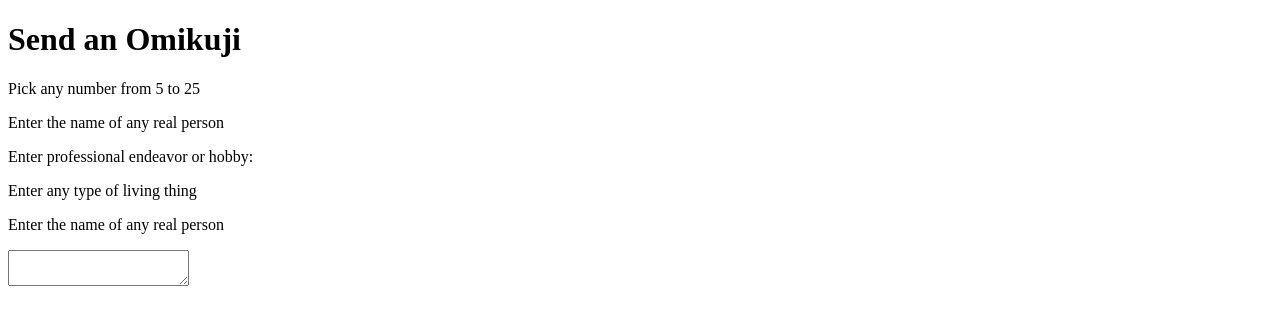
Repository: ShathaMorales/Java-Stack
Page: http://localhost/OmikujiForm/WEB-INF/index.jsp
The author's editor kept a copy of each file at every save. The page is drawn from the files as they stood at one save, then again after the next save.
The browser window is 1280 px wide. The pictures show the whole page.
The page is served by Tomcat 9. Nobody is signed in. Other server files are loaded and not shown. The template is opened directly, without the code that normally fills it, so the values that code supplies are empty.

Above is the page before, as saved 2023-05-06 08:35:13.

### _java/JavaSpring/OmikujiForm/OmikujiForm/src/main/webapp/WEB-INF/index.jsp
<%@ page language="java" contentType="text/html; charset=UTF-8"
    pageEncoding="UTF-8"%>
<%@ taglib prefix = "c" uri = "http://java.sun.com/jsp/jstl/core" %>
<%@ taglib prefix="form" uri="http://www.springframework.org/tags/form"%>
<!DOCTYPE html>
<html>
<head>
<meta charset="UTF-8">
<title>Omikuji Form</title>
</head>
<body>
	<h1>Send an Omikuji</h1>
	<form>
		<p>Pick any number from 5 to 25</p>
		<label type="number" name="number"></label>

		<p>Enter the name of any real person</p>
		<label type="text" name="name"></label>

		<p>Enter professional endeavor or hobby:</p>
		<label type="text" name="hobby"></label>

		<p>Enter any type of living thing</p>
		<label type="text" name="thing"></label>

		<p>Enter the name of any real person</p>
		<textarea type="text" name="name"></textarea>
	</form>
</body>
</html>

After the next save:
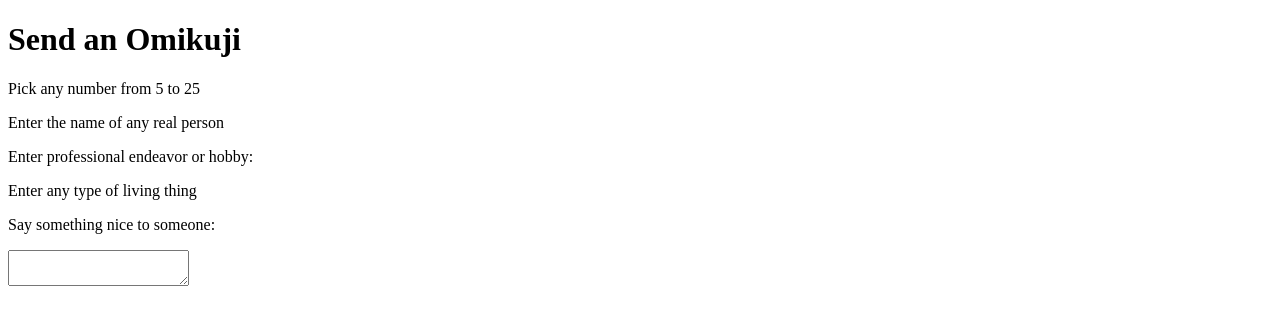
Saved 74 s later.
--- a/_java/JavaSpring/OmikujiForm/OmikujiForm/src/main/webapp/WEB-INF/index.jsp
+++ b/_java/JavaSpring/OmikujiForm/OmikujiForm/src/main/webapp/WEB-INF/index.jsp
@@ -23,8 +23,8 @@
 		<p>Enter any type of living thing</p>
 		<label type="text" name="thing"></label>
 
-		<p>Enter the name of any real person</p>
-		<textarea type="text" name="name"></textarea>
+		<p>Say something nice to someone:</p>
+		<textarea id="textarea" name="textarea"></textarea>
 	</form>
 </body>
 </html>
